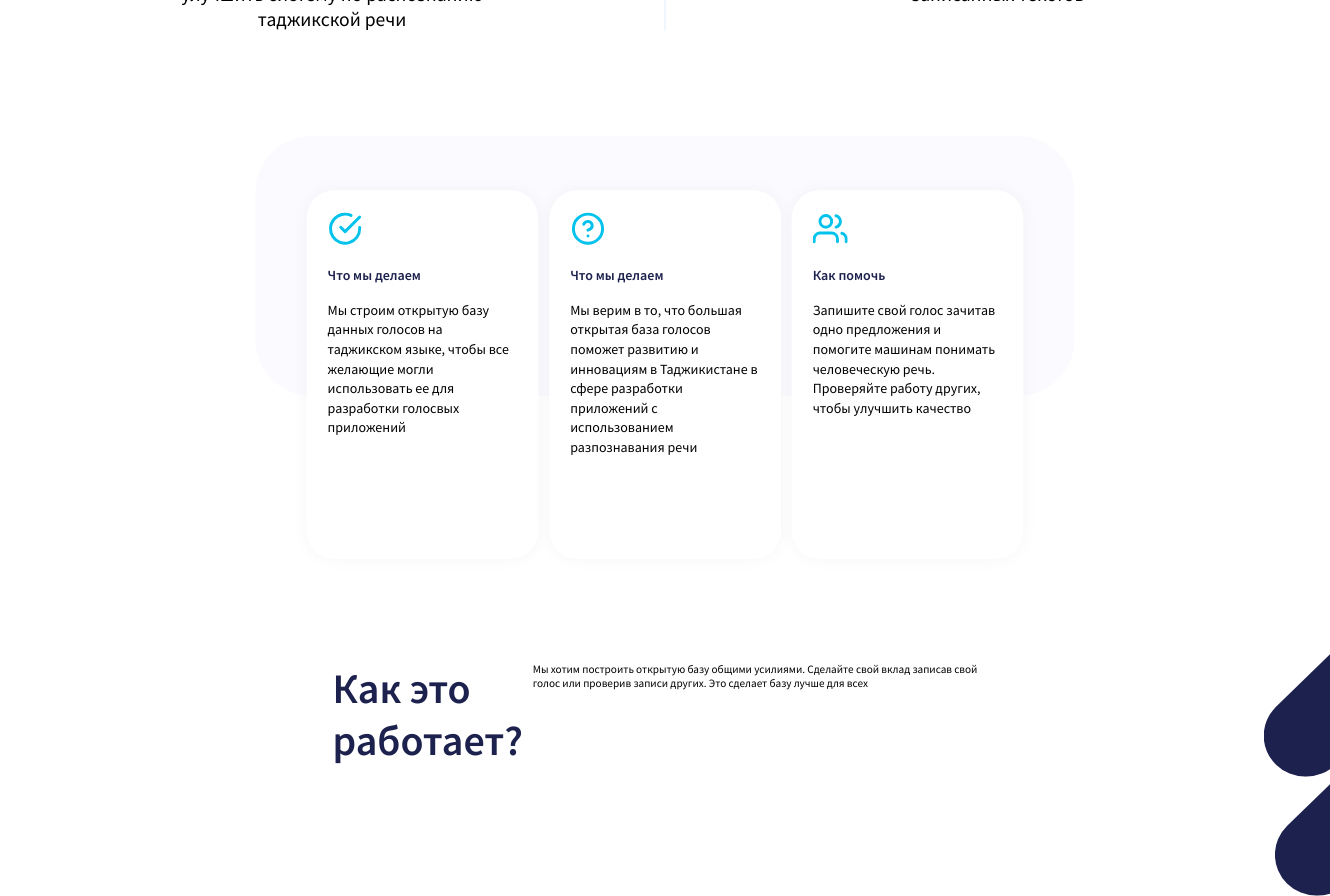
Repository: Amin444/Paymona-Sadp
Page: index.html
An editor plug-in stored every save of this project. The page is shown before and after a run of saves, followed by the edit.
The browser window is 1280 px wide. The page is 1900 px wide, so the pictures cover 1900 px, including what lies to the right of the window. The pictures show the part of the page from y = 804 to 2084 px (the page is 2084 px tall), at 70% of full size.

Above is the page before, as saved 2021-11-11 18:14:47.

After the next 5 saves:
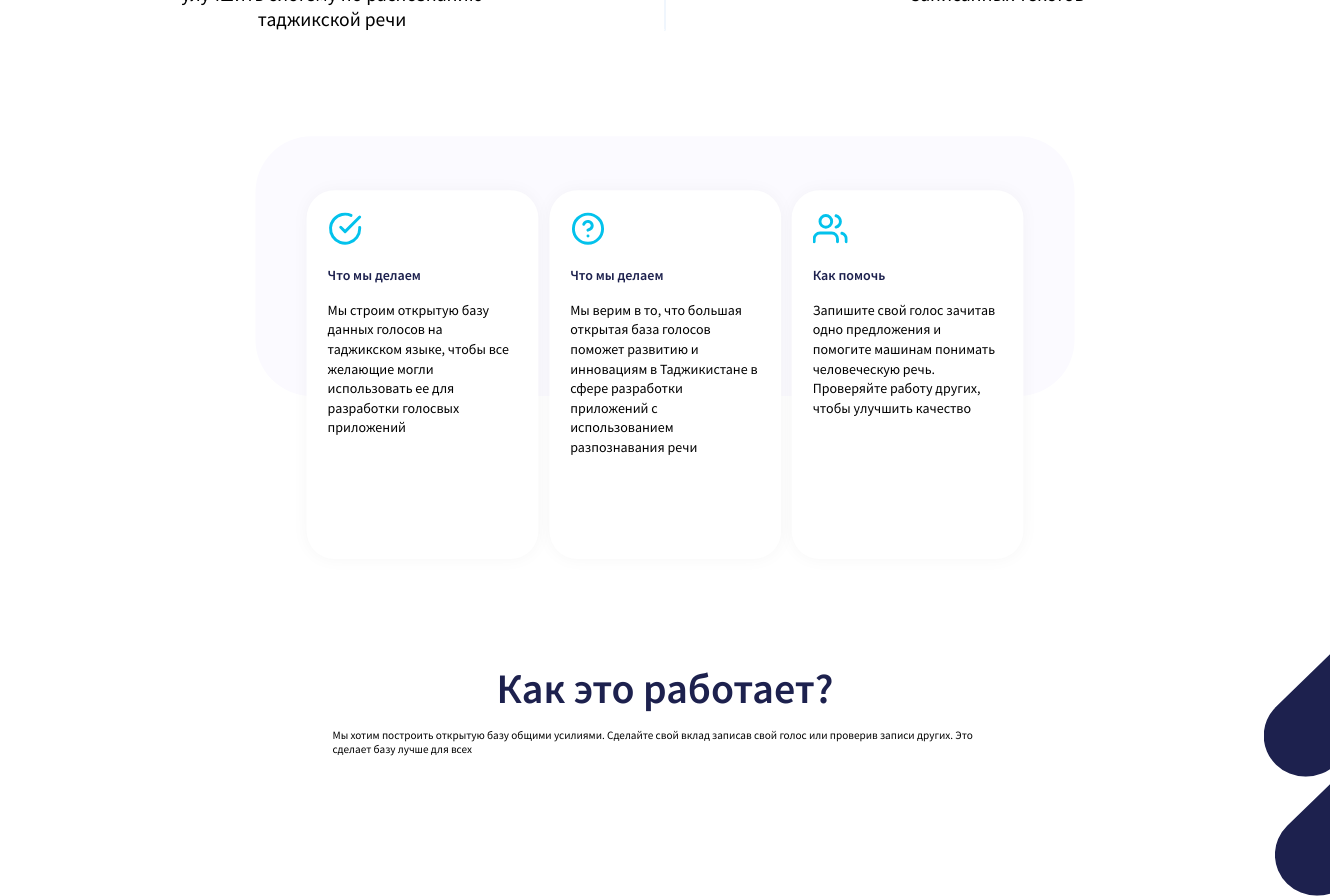
The 5 saves are shown as one change because they came seconds apart.
The last was saved 14 s later.
--- a/style.css
+++ b/style.css
@@ -199,7 +199,8 @@ hr{
   margin-top: 750px;
   width: 50%;
   display: flex;
-  justify-content: center;
+  align-items: center;
+  flex-direction: column;
 }
 
 .just-tex{
